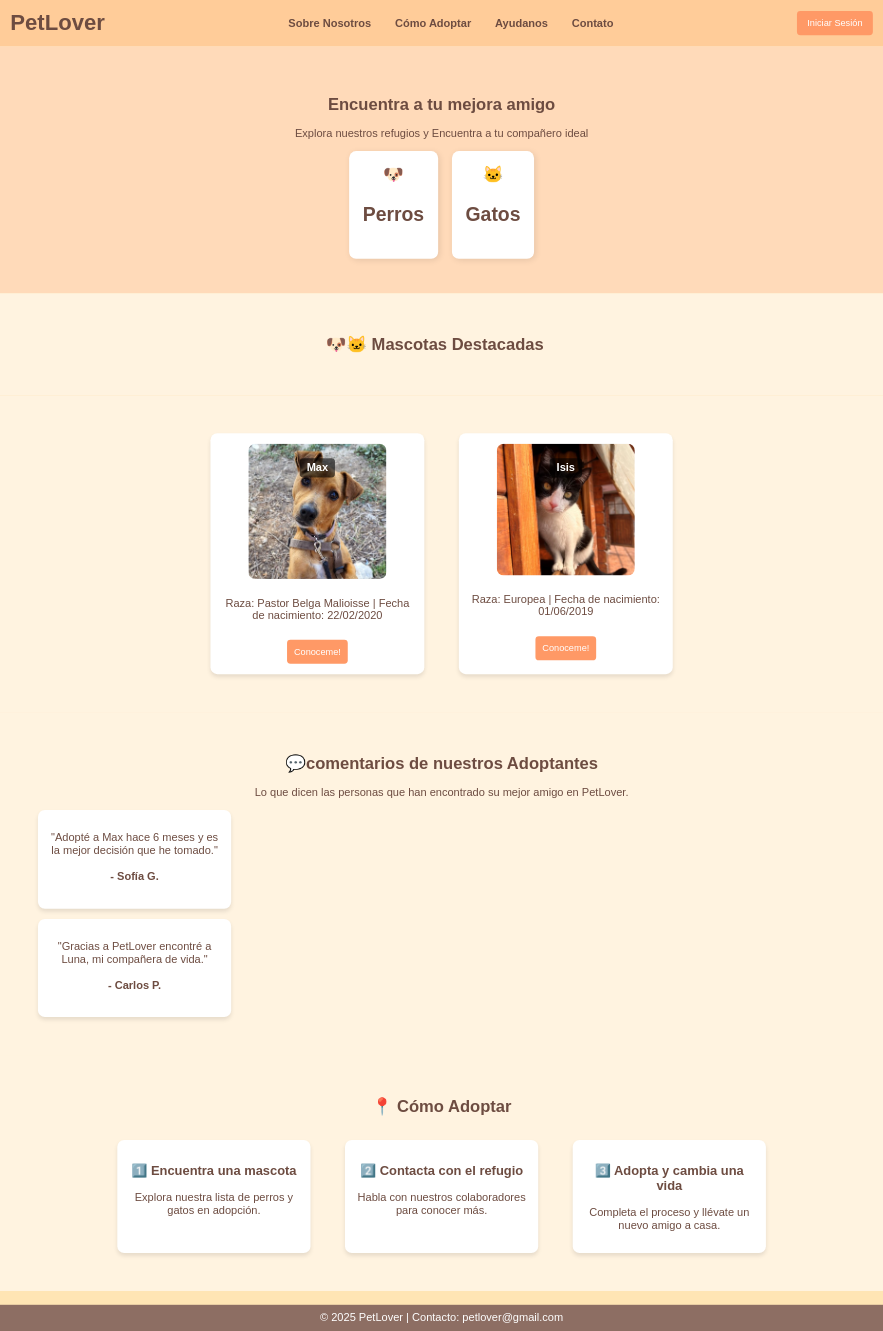
Repository: adriarodrisan/PetLover
Page: Paginas_web/Home_Petlover.html
An editor plug-in stored every save of this project. The page is shown before and after the next save, followed by the edit.
The browser window is 1280 px wide. The pictures show the whole page, at 69% of full size.

Above is the page before, as saved 2025-03-24 18:25:40.

After the next save:
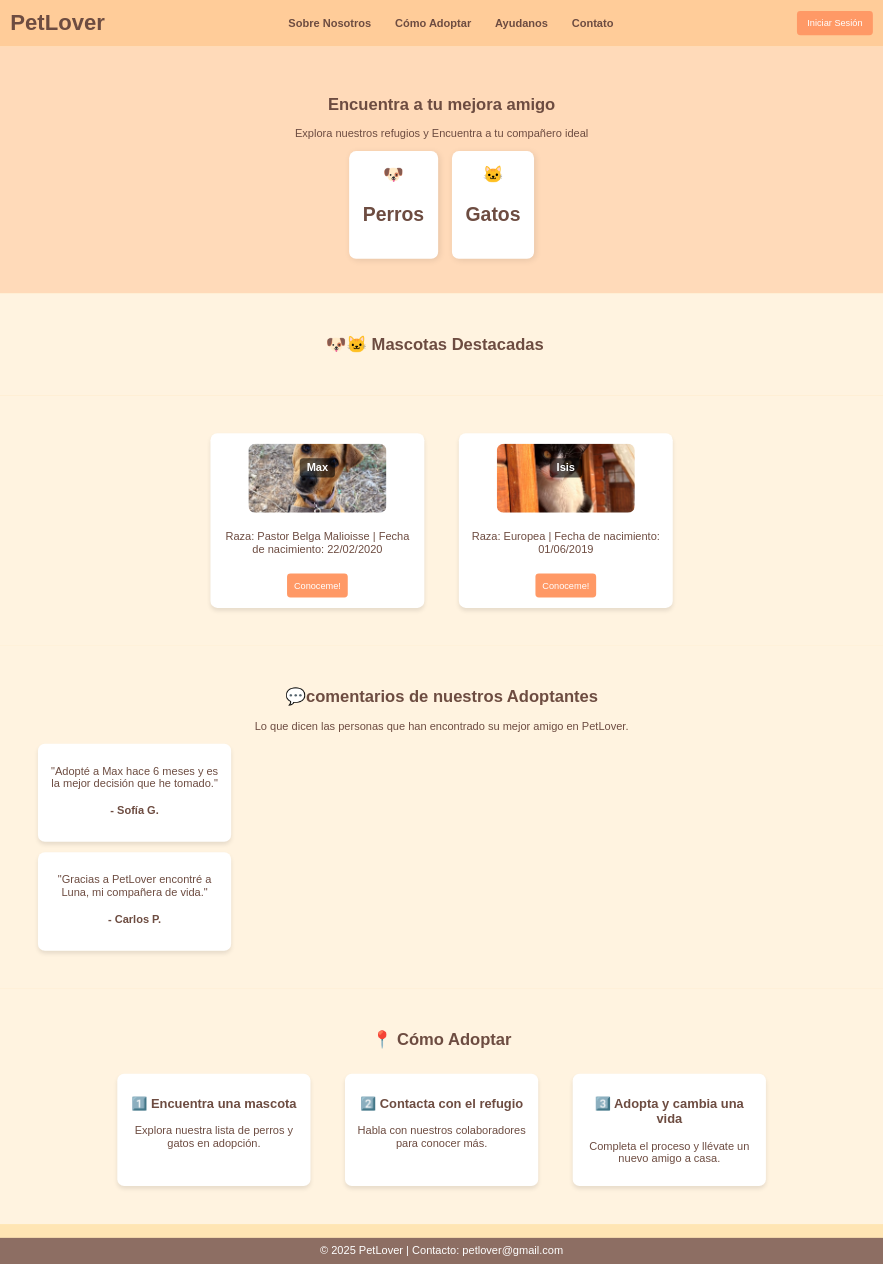
Saved 119 s later.
--- a/Css_Paginas/Home_Petlover.css
+++ b/Css_Paginas/Home_Petlover.css
@@ -5,10 +5,10 @@
     margin: 0;
     text-align: center;
 }
-/* img{
+img{
     width: 100px;
     height: 100px;
-} */
+}
 header{
     background-color: #FFCC99;
     padding: 15px;

After the save that followed:
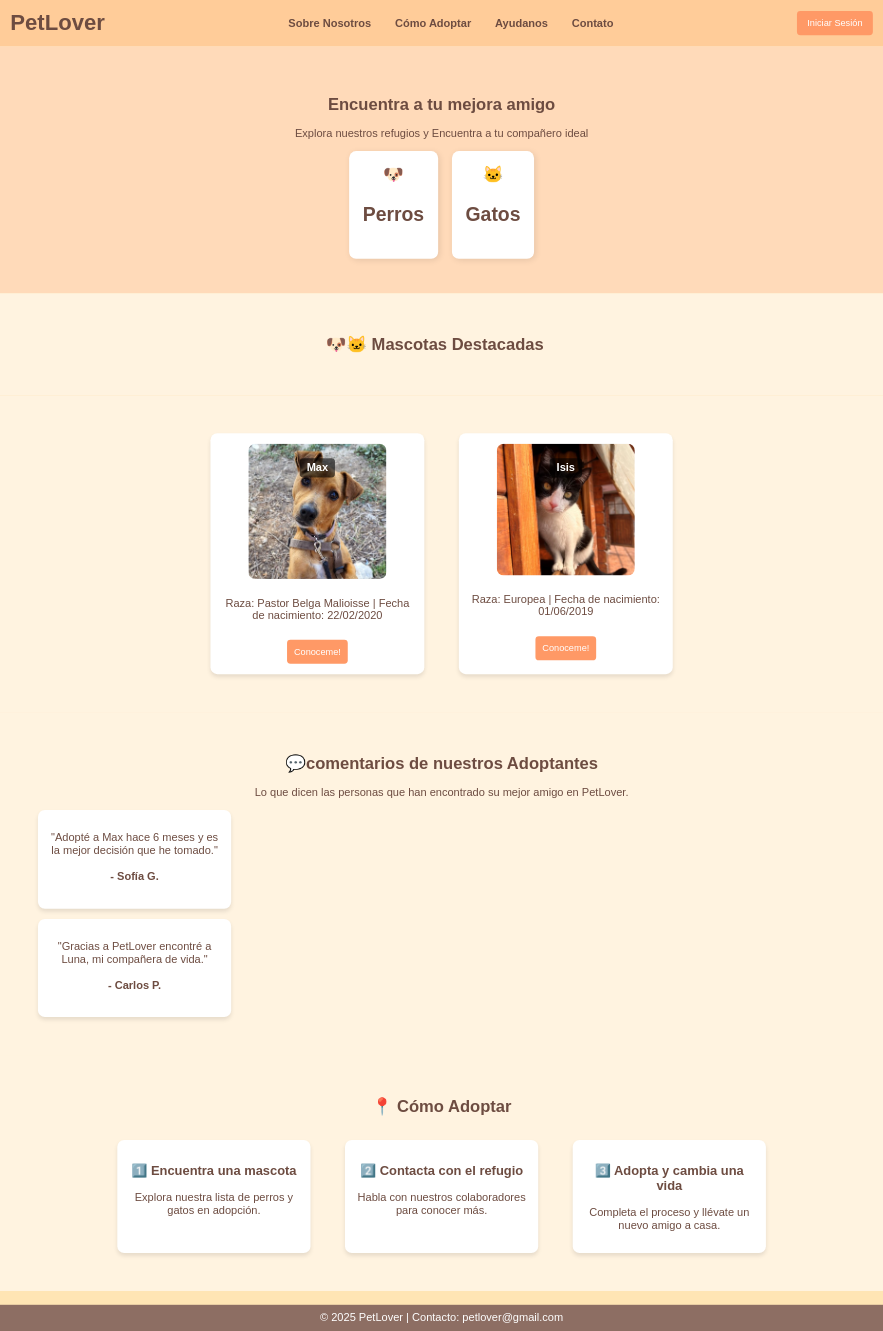
Saved 14 s later.
--- a/Css_Paginas/Home_Petlover.css
+++ b/Css_Paginas/Home_Petlover.css
@@ -5,10 +5,10 @@
     margin: 0;
     text-align: center;
 }
-img{
+/* img{
     width: 100px;
     height: 100px;
-}
+} */
 header{
     background-color: #FFCC99;
     padding: 15px;
